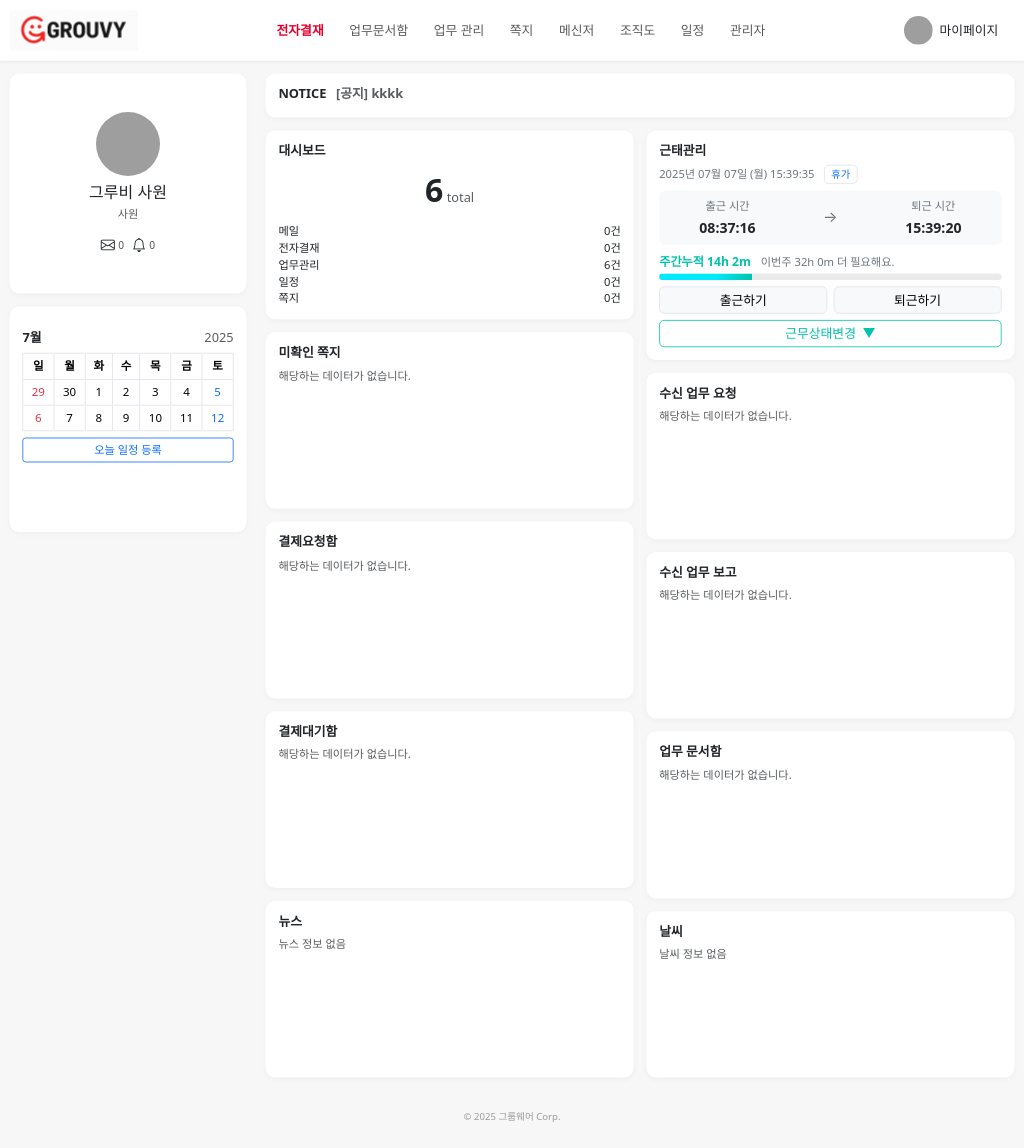
Repository: hyunbin7664/web-java-workspace
Page: groupware/src/main/webapp/index.html
The author's editor kept a copy of each file at every save. The page is drawn from the files as they stood at one save, then again after the next save.
The browser window is 1280 px wide. The pictures show the whole page, at 80% of full size.
Pictures or frames that could not be fetched are drawn as grey boxes.

Above is the page before, as saved 2025-07-08 03:19:08.

After the next save:
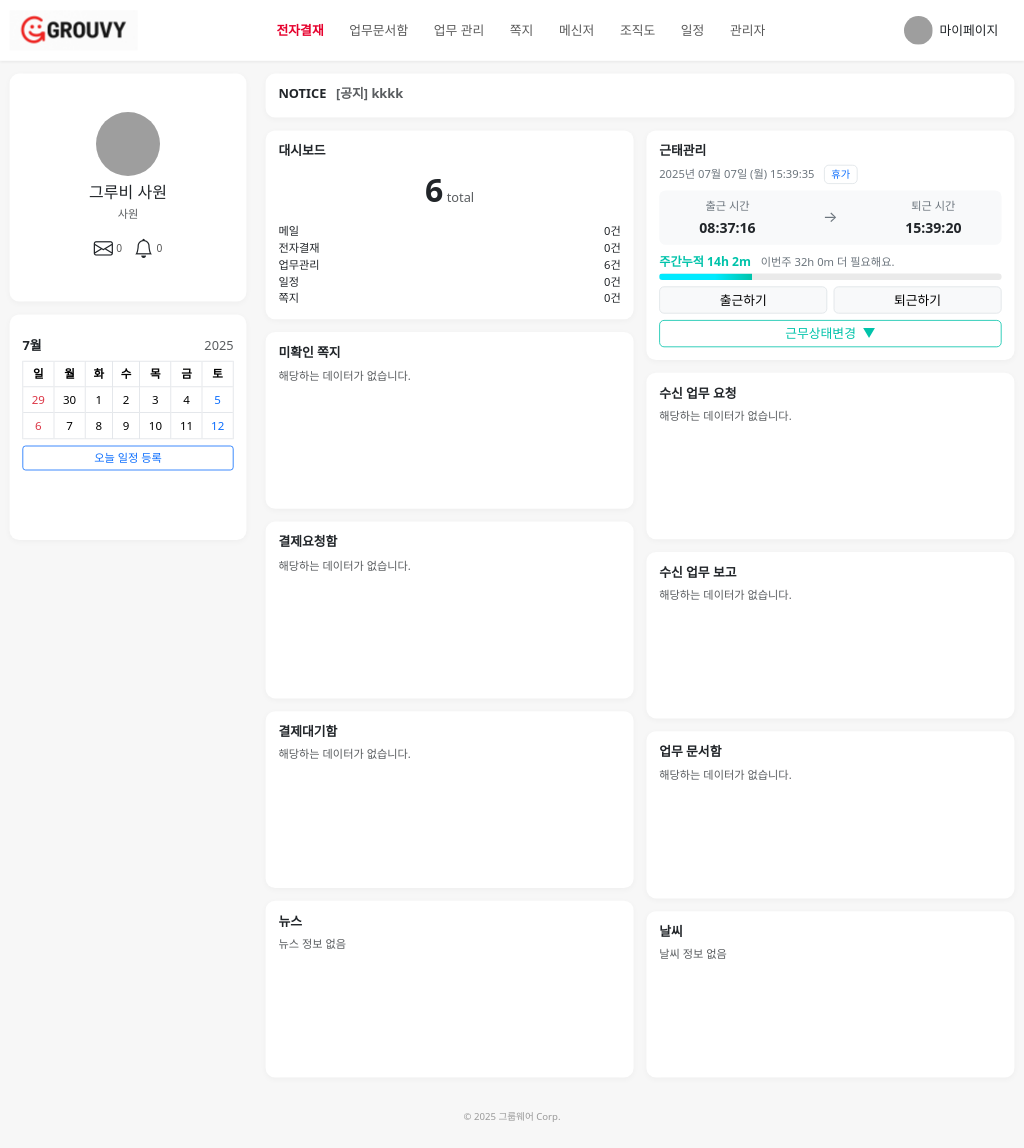
Saved 3 min 4 s later.
--- a/groupware/src/main/webapp/index.html
+++ b/groupware/src/main/webapp/index.html
@@ -39,11 +39,12 @@ body {
 .navbar .container-fluid {
 	padding-right: 2rem;
 }
+
 .icon-group {
   display: flex;
   justify-content: center;
   margin-top: 10px;
-  gap: 10px;
+  gap: 15px;
   font-size: 1.2rem;
   color: #555;
 }
@@ -53,7 +54,7 @@ body {
   align-items: center;
   text-decoration: none;
   color: #333;
-  font-size: 1.1rem;
+  font-size: 1.5rem;
 }
 
 .icon-group span {
